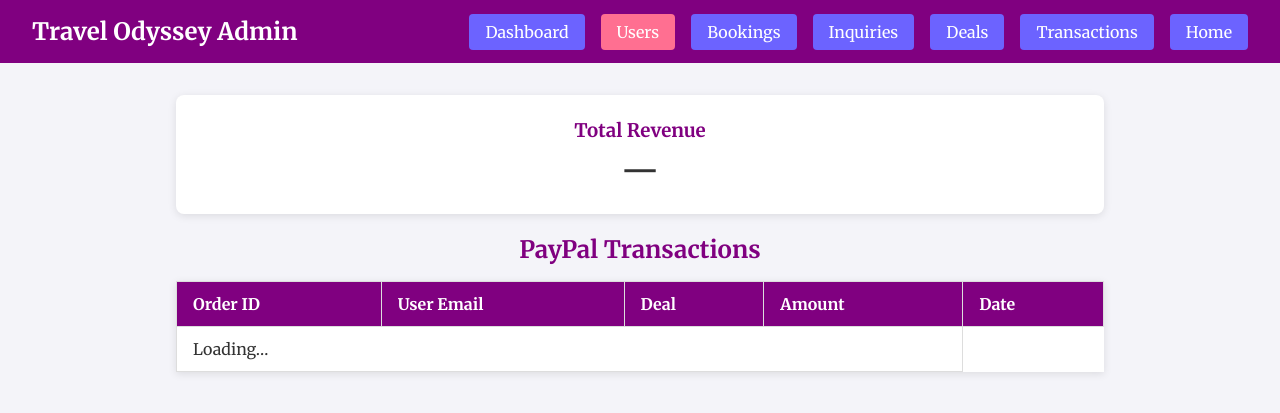
Repository: GHzPhoenix/Project-Odyssey
Page: Frontend/transactions.html
The author's editor kept a copy of each file at every save. The page is drawn from the files as they stood at one save, then again after the next save.
The browser window is 1280 px wide. The pictures show the whole page.
The page's requests for data from a server got no answer.

Above is the page before, as saved 2025-07-10 09:28:20.

After the next save:
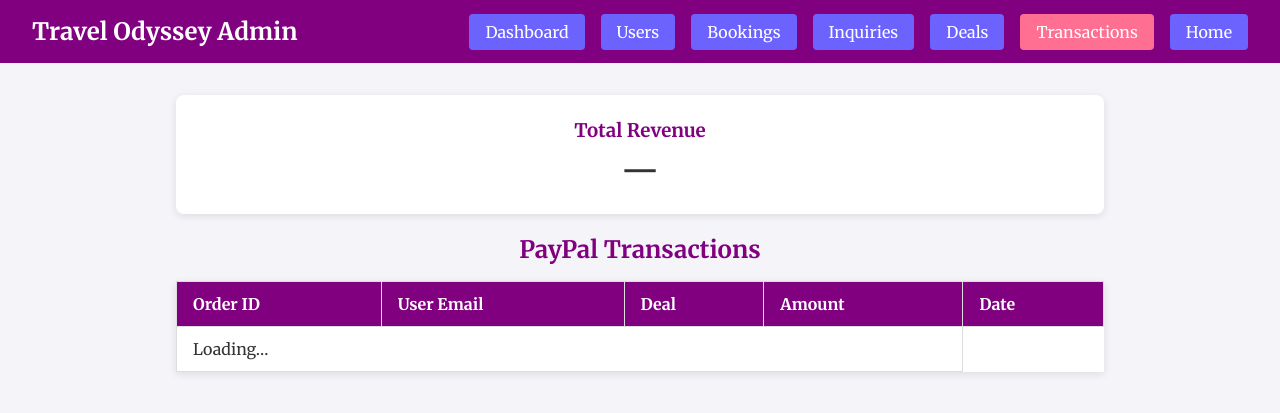
Saved 17 s later.
--- a/Frontend/transactions.html
+++ b/Frontend/transactions.html
@@ -30,11 +30,11 @@
         <div class="logo">Travel Odyssey Admin</div>
         <ul>
           <li><a href="admin.html">Dashboard</a></li>
-          <li><a href="admin-users.html" class="active">Users</a></li>
+          <li><a href="admin-users.html">Users</a></li>
           <li><a href="admin-bookings.html">Bookings</a></li>
           <li><a href="inquiries.html">Inquiries</a></li>
           <li><a href="add-deal.html">Deals</a></li>
-          <li><a href="transactions.html">Transactions</a></li>
+          <li><a href="transactions.html" class="active">Transactions</a></li>
           <li><a href="index.html">Home</a></li>
         </ul>
       </nav>
